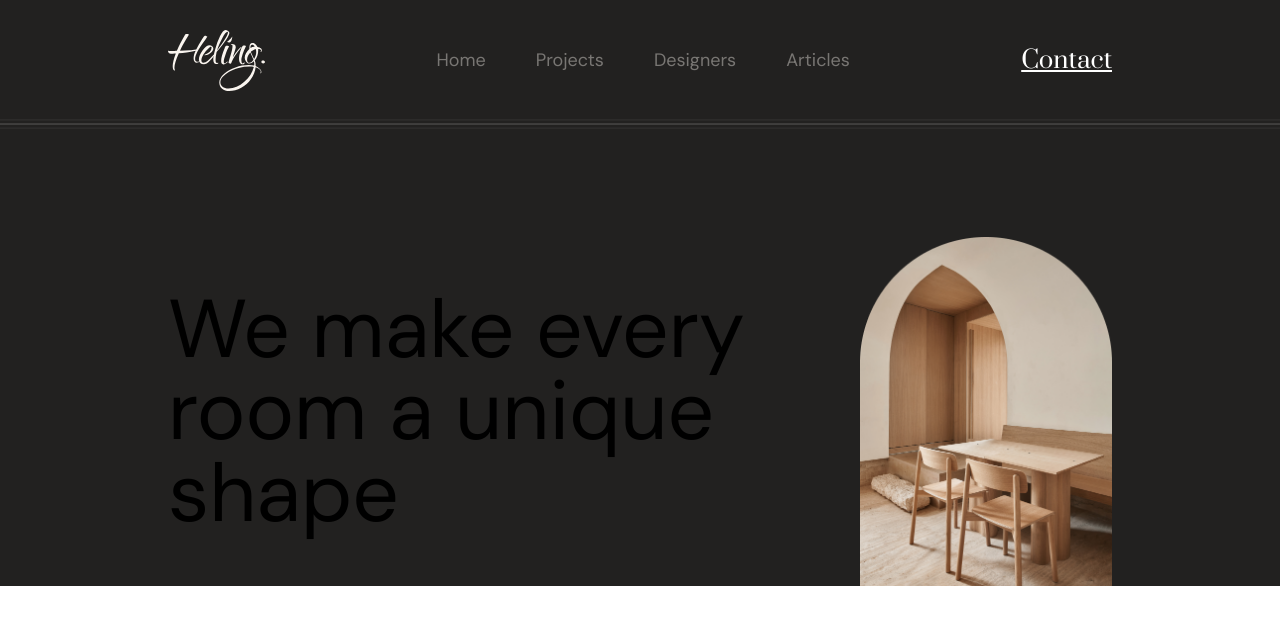
Repository: vandangnhathung/healingui_website
Page: /
These files come from the project's save history. The page is drawn as it stood at one moment and after the next save; the edit follows.
The browser window is 1280 px wide. The pictures show the whole page.
The project was rebuilt for these pictures with package versions that can differ from the ones it lists, and the page was loaded fresh each time. Also part of the build but not shown: src/App.css.

Above is the page before, as saved 2022-03-16 12:59:30.

### src/App.js
import "./App.css";
import Container from "./components/Container/Container";
import Header from "./components/Header/Header";
function App() {
  return (
    <div>
      <Header></Header>
      <Container></Container>
    </div>
  );
}

export default App;

### src/components/Container/Container.js
import React from "react";
import styled from "styled-components";
import Image1 from "../../Images/Image1.png";
const Container = () => {
  const StyledContainer = styled.div`
    background-color: #222120;
    @import url("https://fonts.googleapis.com/css2?family=DM+Sans:wght@400;500;700&display=swap");
    font-family: "DM Sans", sans-serif;
    @import url("https://fonts.googleapis.com/css2?family=Prata&display=swap");
  `;
  const Container = styled.div`
    padding: 108px 168px 0;
    display: flex;
    align-items: center;
    justify-content: space-between;
  `;
  const Slogan = styled.h2`
    letter-spacing: -2%;
    font-size: 82px;
    line-height: 1;
  `;
  const Image1Div = styled.img`
    width: auto;
    height: auto;
  `;
  return (
    <StyledContainer>
      <Container>
        <div>
          <Slogan>We make every room a unique shape</Slogan>
        </div>
        <div>
          <Image1Div src={Image1} alt="" />
        </div>
      </Container>
    </StyledContainer>
  );
};

export default Container;

### src/components/Header/Header.js
import React from "react";
import styled from "styled-components";
import headerLine from "../../Images/header-line.png";
const Header = () => {
  const StyledHeader = styled.div`
    background-color: #222120;
    @import url("https://fonts.googleapis.com/css2?family=DM+Sans:wght@400;500;700&display=swap");
    font-family: "DM Sans", sans-serif;
    @import url("https://fonts.googleapis.com/css2?family=Prata&display=swap");
  `;
  const Header = styled.div`
    display: flex;
    justify-content: space-between;
    align-items: center;
    padding: 30px 168px 28px;
  `;
  const ListNav = styled.ul`
    color: #faf5ef;
    opacity: 0.4;
    font-weight: 400;
    font-size: 18px;
    line-height: 0.6;
    display: flex;
    align-items: center;
    list-style: none;
    gap: 0 50px;
  `;
  const ItemNav = styled.li`
    cursor: pointer;
  `;
  const ContactDiv = styled.h3`
    font-family: "Prata", serif;
  `;
  return (
    <StyledHeader>
      <Header>
        <div>
          <svg
            width="97"
            height="61"
            viewBox="0 0 97 61"
            fill="none"
            xmlns="http://www.w3.org/2000/svg"
          >
            <path
              d="M0.241098 20.6943L1.38631 20.9951C5.56534 20.9951 8.05669 20.9349 8.86035 20.8146C11.1106 15.6009 13.8832 10.1667 17.1782 4.51183C17.4595 4.23109 18.1426 4.09073 19.2276 4.09073C20.3125 4.09073 20.855 4.35141 20.855 4.87278L17.9618 9.50493C15.5508 13.5957 13.5618 17.3254 11.9946 20.6943L21.9399 20.213C23.4267 20.1328 25.5162 19.8922 28.2085 19.4911C29.856 16.2827 31.6039 13.2147 33.4523 10.287C35.3008 7.3192 36.4661 5.8353 36.9483 5.8353C37.4305 5.8353 37.9327 5.95562 38.4551 6.19625C39.0177 6.39678 39.299 6.61736 39.299 6.85799C38.8569 7.45956 38.3547 8.14135 37.7921 8.90335C37.2697 9.66535 36.7272 10.4274 36.1647 11.1893C30.1372 19.2104 27.1235 25.1861 27.1235 29.1164C27.1235 30.9211 27.8468 31.8235 29.2934 31.8235L31.3427 31.5227C31.4633 31.5227 31.5236 31.5628 31.5236 31.643C31.5236 31.8435 31.1619 32.0641 30.4386 32.3047C29.7153 32.5855 29.1528 32.7258 28.7509 32.7258C27.8267 32.7258 27.0632 32.3248 26.4605 31.5227C25.8979 30.7206 25.6167 29.7179 25.6167 28.5148C25.6167 26.2288 26.2998 23.6621 27.666 20.8146C21.1563 22.3787 15.5508 23.1607 10.8494 23.1607C7.91605 29.6177 6.44937 34.4303 6.44937 37.5986C6.44937 38.5611 6.56992 39.263 6.81102 39.7041C7.05211 40.1453 7.17266 40.406 7.17266 40.4862C7.17266 40.5664 7.07221 40.6065 6.87129 40.6065C5.4247 40.6065 4.70141 39.1026 4.70141 36.0947C4.70141 33.0868 5.74617 28.8757 7.83568 23.4615C5.50507 23.622 3.87766 23.7022 2.95345 23.7022C0.984483 23.7022 0 22.7597 0 20.8748C0 20.7544 0.0803659 20.6943 0.241098 20.6943Z"
              fill="#FAF5EF"
            />
            <path
              d="M46.2833 24.1834C46.5244 24.1834 46.6449 24.2837 46.6449 24.4842C46.6449 24.6446 46.6047 24.8051 46.5244 24.9655C42.3052 31.1016 38.8092 34.1696 36.0366 34.1696C32.6211 34.1696 30.9133 32.5855 30.9133 29.4172C30.9133 26.9707 32.1188 24.003 34.5297 20.5138C36.9809 17.0247 39.3517 15.2801 41.6421 15.2801C42.6065 15.2801 43.4504 15.6009 44.1737 16.2426C44.9371 16.8442 45.3189 17.5861 45.3189 18.4684C45.3189 19.9924 44.3746 21.4964 42.486 22.9803C40.5974 24.4642 38.7691 25.2061 37.001 25.2061C36.6394 25.2061 36.4585 25.1259 36.4585 24.9655L36.6394 24.6647C41.2604 23.2209 43.5709 20.8547 43.5709 17.5661C43.5709 17.0848 43.4102 16.8442 43.0887 16.8442C42.6065 16.8442 41.8029 17.3054 40.6777 18.2278C38.7088 19.832 37.001 21.8373 35.5544 24.2436C34.1078 26.6499 33.3845 28.6752 33.3845 30.3195C33.3845 31.9638 34.0074 32.786 35.253 32.786C36.6594 32.786 38.2467 32.044 40.0147 30.5602C41.1398 29.5174 42.4458 28.1939 43.9326 26.5897C45.4595 24.9855 46.2431 24.1834 46.2833 24.1834Z"
              fill="#FAF5EF"
            />
            <path
              d="M49.0196 33.0868L49.984 32.786C50.1849 32.786 50.2854 32.8863 50.2854 33.0868C50.2854 33.7285 49.5822 34.0493 48.1758 34.0493C46.247 34.0493 45.2826 32.4451 45.2826 29.2367C45.2826 27.1111 45.9255 23.7423 47.2114 19.1302C48.4973 14.478 50.1247 10.1266 52.0936 6.07593C54.0626 2.02531 55.8307 0 57.3978 0C58.2818 0 59.1658 0.300787 60.0499 0.902364C60.9339 1.46384 61.3759 2.08547 61.3759 2.76726C61.3759 5.65483 57.1165 12.0717 48.5977 22.0177C47.9146 24.9855 47.573 27.5723 47.573 29.7781C47.573 31.9839 48.0552 33.0868 49.0196 33.0868ZM59.9293 2.58678C59.9293 2.10552 59.7887 1.86489 59.5074 1.86489C58.3019 1.86489 56.5539 4.01052 54.2635 8.30177C51.9731 12.5529 50.2251 16.6035 49.0196 20.4536C56.2928 10.9487 59.9293 4.9931 59.9293 2.58678Z"
              fill="#FAF5EF"
            />
            <path
              d="M64.165 6.73767C64.2454 6.73767 64.2856 6.83793 64.2856 7.03846L63.9842 8.78304C63.3814 11.2696 62.4572 12.5128 61.2116 12.5128C60.2873 12.5128 59.5641 12.2722 59.0417 11.7909C60.5686 10.7482 62.2764 9.06377 64.165 6.73767ZM61.0307 16.6035C59.7851 18.7291 58.5997 21.4362 57.4745 24.7248C56.3494 27.9734 55.7869 30.2193 55.7869 31.4625C55.7869 32.7058 56.048 33.3274 56.5704 33.3274C56.9321 33.3274 57.3942 33.1068 57.9567 32.6657C58.5193 32.2245 58.8609 31.9438 58.9814 31.8235C59.102 31.7032 59.2426 31.5828 59.4033 31.4625C59.5641 31.4625 59.6444 31.5427 59.6444 31.7032C59.6444 32.1844 59.0618 32.7459 57.8965 33.3876C56.7713 34.0694 55.9476 34.4103 55.4252 34.4103C53.8983 34.4103 53.1348 33.3074 53.1348 31.1016C53.1348 27.8129 54.3403 23.4214 56.7512 17.927C56.7512 17.7666 56.8517 17.4658 57.0526 17.0247C57.2937 16.5835 57.4745 16.3028 57.5951 16.1824C57.8764 15.9017 58.2581 15.7613 58.7403 15.7613C60.1467 15.7613 60.9102 16.0421 61.0307 16.6035Z"
              fill="#FAF5EF"
            />
            <path
              d="M78.0084 16.3629C78.0084 16.2025 77.9079 16.3028 77.707 16.6637C76.5819 18.7091 75.5773 21.1755 74.6933 24.0631C73.8092 26.9507 73.3672 28.8356 73.3672 29.7179C73.3672 32.1644 73.8092 33.3876 74.6933 33.3876C74.9745 33.3876 75.3362 33.187 75.7782 32.786C76.2604 32.425 76.4613 32.2446 76.381 32.2446C76.5015 32.2446 76.5618 32.405 76.5618 32.7258C76.5618 33.7686 75.959 34.2899 74.7535 34.2899C73.548 34.2899 72.6238 33.7485 71.9809 32.6657C71.338 31.6229 71.0165 30.119 71.0165 28.1538C71.0165 26.1887 71.5389 23.6019 72.5837 20.3935C73.6284 17.145 74.633 15.5207 75.5974 15.5207H75.8988C77.3052 15.5207 78.0084 15.8014 78.0084 16.3629ZM73.307 16.9645C73.3471 17.0046 73.3672 17.0848 73.3672 17.2051C73.3672 17.2853 73.2065 17.526 72.885 17.927C68.5453 23.1808 65.5315 27.6726 63.8439 31.4024L63.3014 32.9665C63.0603 33.4076 62.7589 33.6282 62.3973 33.6282C62.0356 33.6282 61.6338 33.5279 61.1918 33.3274C60.7498 33.1269 60.5288 32.8863 60.5288 32.6055C60.5288 31.9237 61.1918 29.5174 62.5178 25.3866C63.8439 21.2156 64.5069 18.0874 64.5069 16.002C64.5069 15.4405 64.3662 15.0996 64.085 14.9793C63.8037 14.859 63.5224 14.8189 63.2411 14.859C62.9598 14.859 62.8192 14.7587 62.8192 14.5582C62.8192 14.1972 63.1206 14.0168 63.7233 14.0168C66.4156 14.0168 67.7617 15.1197 67.7617 17.3254C67.7617 18.1676 66.7973 21.4362 64.8685 27.1312C66.6366 24.3639 68.3444 21.9776 69.9919 19.9724C71.6394 17.9671 72.7444 16.9645 73.307 16.9645Z"
              fill="#FAF5EF"
            />
            <path
              d="M86.7293 30.3797C87.3321 31.5026 87.6334 33.0066 87.6334 34.8915C87.6334 35.2926 87.6134 35.6736 87.5732 36.0345C89.2207 36.7163 90.5869 37.5986 91.6718 38.6815C92.797 39.7643 93.3595 40.787 93.3595 41.7495C93.3595 42.7521 93.1184 43.2534 92.6362 43.2534C92.5157 43.2534 92.4152 43.1331 92.3349 42.8925C92.6563 42.4513 92.817 42.0302 92.817 41.6292C92.817 40.787 92.2746 39.9448 91.1896 39.1026C90.1047 38.2604 88.9193 37.6387 87.6334 37.2377C87.1512 41.3685 85.6042 45.2587 82.9923 48.9083C80.4206 52.598 77.1658 55.5256 73.2278 57.6913C69.2899 59.8971 65.2515 61 61.1127 61C58.2999 61 55.9692 60.2179 54.1208 58.6538C52.2322 57.0897 51.2879 54.9241 51.2879 52.1568C51.2879 49.4296 52.835 46.6824 55.9291 43.9152C59.0232 41.188 62.8606 39.0223 67.4415 37.4181C71.9822 35.8139 76.4425 35.0118 80.8224 35.0118C82.8718 35.0118 84.6197 35.1923 86.0663 35.5533C86.227 35.072 86.3074 34.6308 86.3074 34.2298C86.3074 32.8662 86.1467 31.9037 85.8252 31.3422C84.2581 32.786 82.8316 33.5079 81.5457 33.5079C80.2599 33.5079 79.1347 32.8863 78.1704 31.643C77.206 30.3997 76.7238 29.0763 76.7238 27.6726C76.7238 24.8652 78.2708 21.9576 81.3649 18.9497C81.3649 16.6637 81.606 15.1197 82.0882 14.3176C82.6106 13.5154 83.5549 13.1144 84.9211 13.1144C86.3275 13.1144 87.8545 14.4379 89.502 17.0848C92.3951 17.6062 93.8417 18.669 93.8417 20.2732C93.8417 20.6341 93.7212 21.0151 93.4801 21.4162C93.2792 21.7771 93.0581 21.9576 92.817 21.9576C92.5759 21.9576 92.4554 21.8774 92.4554 21.717C92.8572 21.4362 93.0581 21.1154 93.0581 20.7544C93.0581 19.5513 92.0938 18.9497 90.165 18.9497C90.2052 19.2705 90.2253 19.6916 90.2253 20.213C90.2253 24.0631 89.0599 27.452 86.7293 30.3797ZM86.6691 16.784C86.1065 15.4605 85.2627 14.7988 84.1375 14.7988C83.0124 14.7988 82.4498 15.8817 82.4498 18.0473V18.1075C83.7759 17.2252 85.0216 16.784 86.1869 16.784H86.6691ZM88.2362 22.0177C88.2362 20.8948 88.0554 19.8922 87.6937 19.0099C87.0106 19.2505 86.0261 19.7117 84.7403 20.3935C83.4946 21.0352 82.8718 21.4964 82.8718 21.7771C82.8718 22.098 83.9366 24.4842 86.0663 28.9359C87.5129 26.8504 88.2362 24.5444 88.2362 22.0177ZM79.0745 29.6578C79.0745 31.7433 79.8781 32.786 81.4854 32.786C82.8918 32.786 84.2179 31.8034 85.4636 29.8383L82.3293 22.3787C81.4854 23.2209 80.722 24.3639 80.0389 25.8077C79.3959 27.2515 79.0745 28.5348 79.0745 29.6578ZM81.8471 36.5759C78.0297 36.5759 74.2726 37.0572 70.5758 38.0197C66.8789 39.0224 63.7246 40.2656 61.1127 41.7495C58.5008 43.2735 56.3912 44.9379 54.7838 46.7426C53.1765 48.5473 52.3729 50.3721 52.3729 52.217C52.3729 54.1019 53.0962 55.6058 54.5428 56.7288C55.9492 57.8918 57.9382 58.4734 60.5099 58.4734C66.0552 58.4734 71.3192 56.2676 76.3018 51.856C81.2443 47.4845 84.4188 42.4914 85.8252 36.8767C84.8608 36.6762 83.5348 36.5759 81.8471 36.5759Z"
              fill="#FAF5EF"
            />
            <path
              d="M95.1315 30.5C95.6137 30.5 96.0356 30.6604 96.3973 30.9813C96.7991 31.262 97 31.5828 97 31.9438C97 32.3448 96.7991 32.6857 96.3973 32.9665C96.0356 33.2472 95.674 33.3876 95.3123 33.3876C94.0265 33.3876 93.3835 32.8462 93.3835 31.7633C93.3835 30.9211 93.9662 30.5 95.1315 30.5Z"
              fill="#FAF5EF"
            />
          </svg>
        </div>
        <ListNav>
          <ItemNav>Home</ItemNav>
          <ItemNav>Projects</ItemNav>
          <ItemNav>Designers</ItemNav>
          <ItemNav>Articles</ItemNav>
        </ListNav>
        <ContactDiv className="text-2xl leading-7 text-white underline">
          Contact
        </ContactDiv>
      </Header>
      <img src={headerLine} alt="" />
    </StyledHeader>
  );
};

export default Header;

Loaded but not shown: public/index.html (common file); src/index.js (common file); src/index.css (common file); src/reportWebVitals.js (common file); tailwind.config.js (common file)

After the next save:
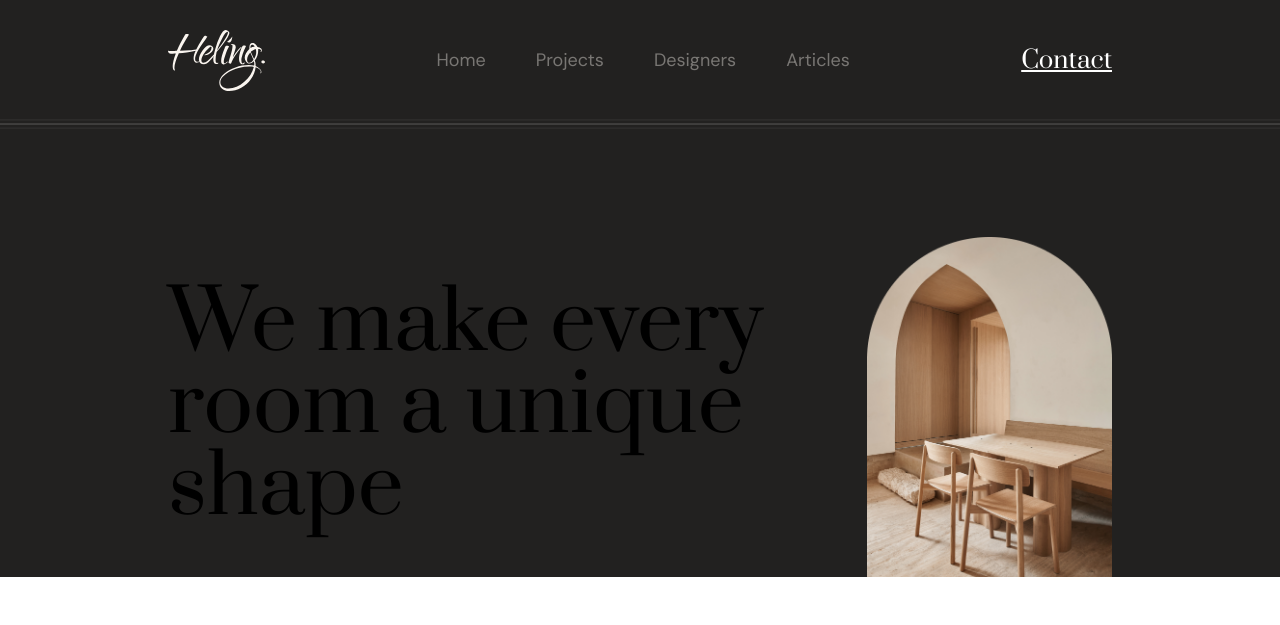
Saved 32 s later.
--- a/src/components/Container/Container.js
+++ b/src/components/Container/Container.js
@@ -18,6 +18,7 @@ const Container = () => {
     letter-spacing: -2%;
     font-size: 82px;
     line-height: 1;
+    font-family: "Prata", serif;
   `;
   const Image1Div = styled.img`
     width: auto;
